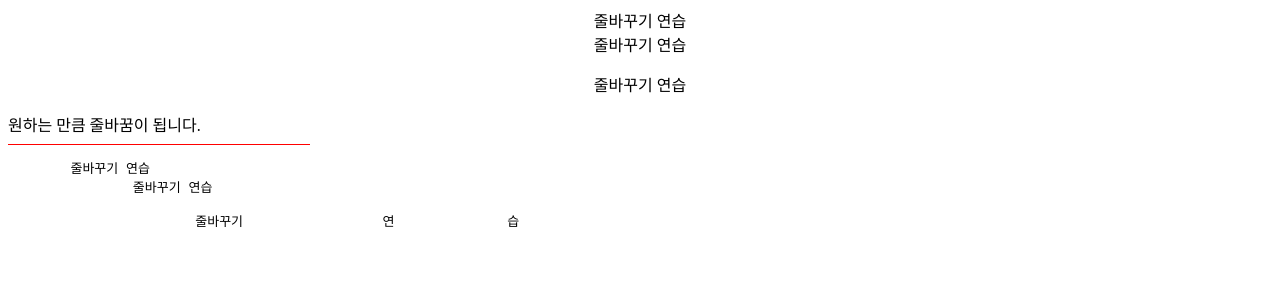
Repository: sungeunbyeol/Nowon-ezen-jsp
Page: test/WebContent/test02.html
The author's editor kept a copy of each file at every save. The page is drawn from the files as they stood at one save, then again after the next save.
The browser window is 1280 px wide. The pictures show the whole page.

Above is the page before, as saved 2021-11-02 01:59:18.

After the next save:
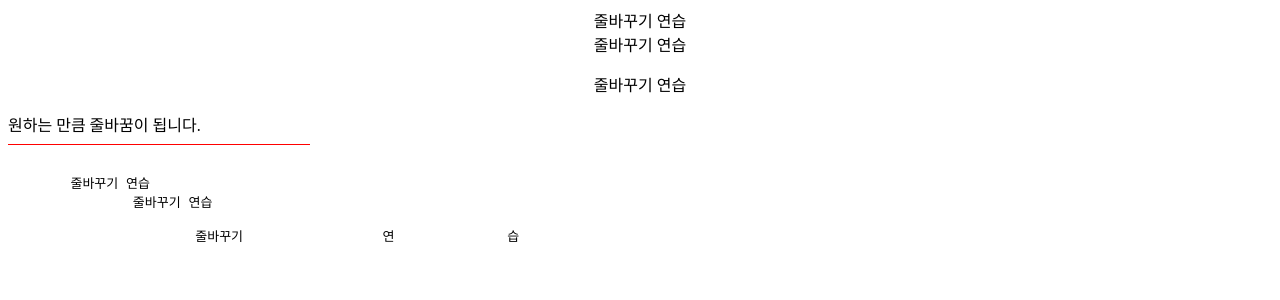
Saved 22 s later.
--- a/test/WebContent/test02.html
+++ b/test/WebContent/test02.html
@@ -12,7 +12,7 @@
 	원하는 만큼 줄바꿈이 됩니다.
 
 	<hr size="1" color="red" width="300" align="left">
-	<pre>
+	<pre> <!-- 내가 글 쓴대로 화면에 보이고 싶다 할때 사용하는 태그 -->
 	줄바꾸기 연습
 		줄바꾸기 연습
 
